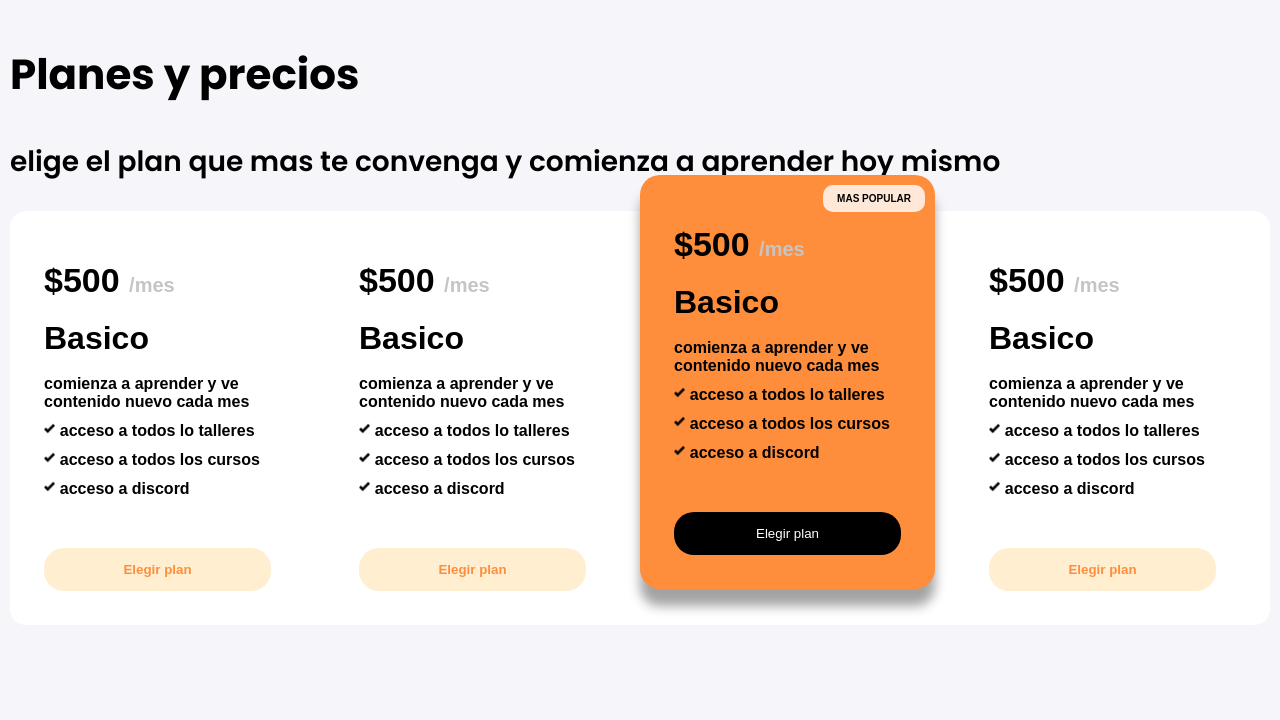
Repository: darkmantiz2/Tarjetas-planes
Page: index.html
The author's editor kept a copy of each file at every save. The page is drawn from the files as they stood at one save, then again after the next save.
The browser window is 1280 px wide. The pictures show the whole page.

Above is the page before, as saved 2022-01-11 15:06:36.

### index.html
<!DOCTYPE html>
<html lang="en">

<head>
  <meta charset="UTF-8">
  <meta http-equiv="X-UA-Compatible" content="IE=edge">
  <meta name="viewport" content="width=device-width, initial-scale=1.0">
  <link rel="preconnect" href="https://fonts.googleapis.com">
  <link rel="preconnect" href="https://fonts.gstatic.com" crossorigin>
  <link href="https://fonts.googleapis.com/css2?family=Poppins:ital,wght@0,600;0,700;1,400&display=swap"
    rel="stylesheet">
  <link rel="stylesheet" href="./css/index.css">
  <title>Cards Precios</title>
</head>

<body>
  <section class="cards">
    <div class="container">
      <h1 class="contaier-title">
        Planes y precios
      </h1>
      <p class="container-text1">
        elige el plan que mas te convenga y comienza a aprender hoy mismo
      </p>
      <section class="container-card">
        <div class="card">

          <p class="card-price"> $500 <span class="card-month"> /mes</span></p>
          <p class="card-plan">Basico</p>
          <p class="card-description"> comienza a aprender y ve contenido nuevo cada mes</p>
          <p class="card-item1"><img class="card-icon" src="icons/png-transparent-computer-icons-check-mark-checkbox-palomita-angle-logo-check-mark.png" alt="">  acceso a todos lo talleres</p>
          <p class="card-item2"><img class="card-icon" src="icons/png-transparent-computer-icons-check-mark-checkbox-palomita-angle-logo-check-mark.png" alt=""> acceso a todos los cursos</p>
          <p class="card-item3"><img class="card-icon" src="icons/png-transparent-computer-icons-check-mark-checkbox-palomita-angle-logo-check-mark.png" alt=""> acceso a discord</p>

          <button class="card-button"> Elegir plan </button>
        </div>
        <div class="card">
          <p class="card-price"> $500 <span class="card-month"> /mes</span></p>
          <p class="card-plan">Basico</p>
          <p class="card-description"> comienza a aprender y ve contenido nuevo cada mes</p>
          <p class="card-item1"><img class="card-icon" src="icons/png-transparent-computer-icons-check-mark-checkbox-palomita-angle-logo-check-mark.png" alt="">  acceso a todos lo talleres</p>
          <p class="card-item2"><img class="card-icon" src="icons/png-transparent-computer-icons-check-mark-checkbox-palomita-angle-logo-check-mark.png" alt=""> acceso a todos los cursos</p>
          <p class="card-item3"><img class="card-icon" src="icons/png-transparent-computer-icons-check-mark-checkbox-palomita-angle-logo-check-mark.png" alt=""> acceso a discord</p>

          <button class="card-button"> Elegir plan </button>
        </div>
        <div class="card card-orange">
          <label class="card-label">mas popular</label>
          <p class="card-price"> $500 <span class="card-month"> /mes</span></p>
          <p class="card-plan">Basico</p>
          <p class="card-description">  comienza a aprender y ve contenido nuevo cada mes</p>
          <p class="card-item1"><img class="card-icon" src="icons/png-transparent-computer-icons-check-mark-checkbox-palomita-angle-logo-check-mark.png" alt="">  acceso a todos lo talleres</p>
          <p class="card-item2"><img class="card-icon" src="icons/png-transparent-computer-icons-check-mark-checkbox-palomita-angle-logo-check-mark.png" alt=""> acceso a todos los cursos</p>
          <p class="card-item3"><img class="card-icon" src="icons/png-transparent-computer-icons-check-mark-checkbox-palomita-angle-logo-check-mark.png" alt=""> acceso a discord</p>

          <button class="card-button-orange"> Elegir plan </button>
        </div>
        <div class="card">

          <p class="card-price"> $500 <span class="card-month"> /mes</span></p>
          <p class="card-plan">Basico</p>
          <p class="card-description">  comienza a aprender y ve contenido nuevo cada mes</p>
          <p class="card-item1"><img class="card-icon" src="icons/png-transparent-computer-icons-check-mark-checkbox-palomita-angle-logo-check-mark.png" alt="">  acceso a todos lo talleres</p>
          <p class="card-item2"><img class="card-icon" src="icons/png-transparent-computer-icons-check-mark-checkbox-palomita-angle-logo-check-mark.png" alt=""> acceso a todos los cursos</p>
          <p class="card-item3"><img class="card-icon" src="icons/png-transparent-computer-icons-check-mark-checkbox-palomita-angle-logo-check-mark.png" alt=""> acceso a discord</p>


          <button class="card-button"> Elegir plan </button>
        </div>
      </section>




    </div>
  </section>
</body>

</html>

### css/index.css
:root {
  --black: #373737;
  --primary: #ff8e3c;
  --white: #ffffff;
  --grey: #848199;
  --red: #fa513a;
  --grey-2: #a3a3a3;
  --bg: #f5f5fa;
  --headline2: 600 1.75rem/normal Poppins;
  --headline3: 600 1.25rem/1.375rem Poppins;
  --button: 400 0.875rem/1rem Poppins;
  --headline1: 600 3.5rem/normal Poppins;
  --body1-regular: 400 1rem/1.5rem Poppins;
  --body1-bold: 700 1rem/1.5rem Poppins;
  --body2-bold: 700 0.875rem/1.5rem Poppins;
  --body2-regular: 400 0.875rem/1.5rem Poppins;
  --caption-regular: 400 0.75rem/1rem Poppins;
  --caption-bold: 600 0.75rem/1rem Poppins;

}

/*BODDY*/

body {
  color: var(--white);
  background-color: var(--primary);
  font: var(--headline2);
  background: var(--bg);
}

.container {
  color: black;
}



.container-card {
  display: flex;
  justify-content: center;
  align-items: center;
  max-width: 1260px;
  width: 100%;
  background-color: white;
  border-radius: 16px;
  font-family: arial;
  font-weight: bold;
}

.card-month {
  font-size: 20px;
  color: #c5c5c5;
}

.cards {
  display: flex;
  justify-content: center;
  align-items: center;
}

.card-orange {
  background-color: var(--primary);
  font-size: medium;
  transform: translateY(-36px);
  box-shadow: 0px 17px 12px 0px var(--grey-2);
}


.card {
  align-items: flex-start;
  display: flex;
  justify-content: center;
  flex-direction: column;
  width: 334px;
  padding:0 34px 34px;
  border-radius: 20px;
  margin-right: 20px;
  font-size: medium;
  box-sizing: border-box;
  position: relative;
}

.card-price {
  margin: 0;
  padding-bottom: 20px;
  padding-top: 50px;
  font-size: 34px;
}


.card-plan {
  margin: 0;
  padding-bottom: 18px;
  font-size: xx-large;
  font-weight: bold;
}

.card-icon{
  width: 5%;
}

.card-description {
  margin: 0;
  padding-bottom: 10px;
}

.card-item1 {
  margin: 0;
  padding-bottom: 10px;
}

.card-item2 {
  margin: 0;
  padding-bottom: 10px;
}

.card-item3 {
  margin: 0;
  padding-bottom: 50px;
}

.card-button {
 width: 100%;
  padding: 14px 37px 14px 37px;
  background-color: #ffa50030;
  border-radius: 20px;
  border: none;
  color: var(--primary);
  font-weight: bolder;

}

.card-button-orange {
  width: 100%;
  padding: 14px 37px 14px 37px;
  background-color: black;
  border-radius: 20px;
  color: var(--white);
  border: none;
}

.card-label{
  background-color: rgba(255, 255, 255, 0.801);
  padding: 8px 14px;
  border-radius: 10px;
  font-size: small;
  text-transform: uppercase;
  font-size: 10px;
  font-weight: 800;
  font-style: normal;
  position: absolute;
  top: 10px;
  right: 10px;
}



.container {
  color: black;
}



.container-card {
  display: flex;
  justify-content: center;
  align-items: center;
  max-width: 1260px;
  width: 100%;
}

.card-month {
  font-size: 20px;
  color: #c5c5c5;
}

After the next save:
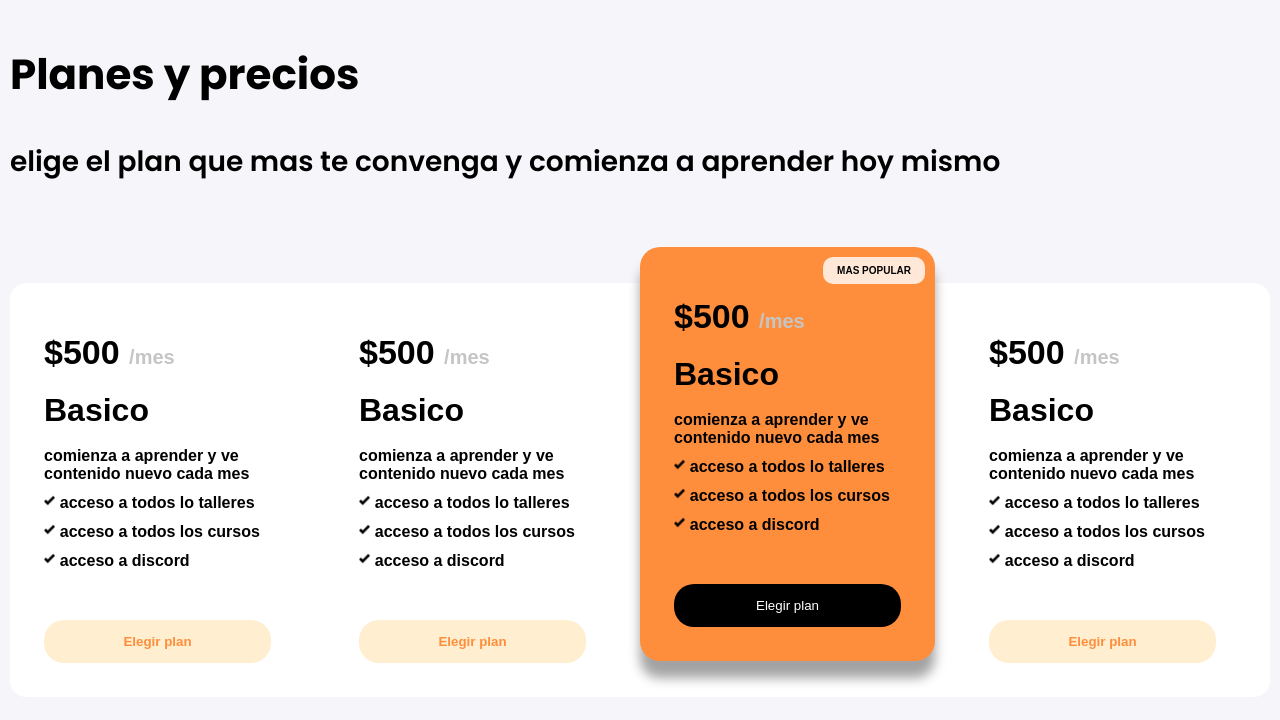
Saved 2 min 47 s later.
--- a/css/index.css
+++ b/css/index.css
@@ -36,6 +36,7 @@ body {
 
 .container-card {
   display: flex;
+  margin-top: 100px;
   justify-content: center;
   align-items: center;
   max-width: 1260px;
